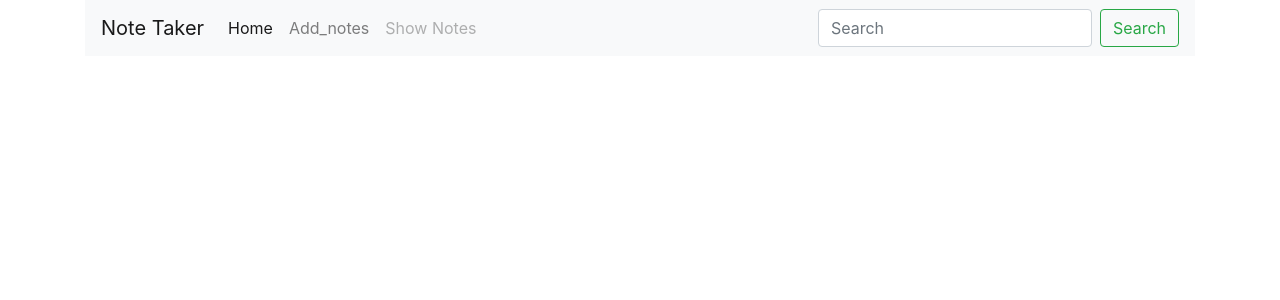
Repository: PratibhaMastud/index.jsp
Page: http://localhost/JavaWebApp/
The author's editor kept a copy of each file at every save. The page is drawn from the files as they stood at one save, then again after the next save.
The browser window is 1280 px wide. The pictures show the whole page.
Some web libraries are served in a nearby version. The page is served by Tomcat 9.

Above is the page before, as saved 2020-06-29 06:19:58.

After the next save:
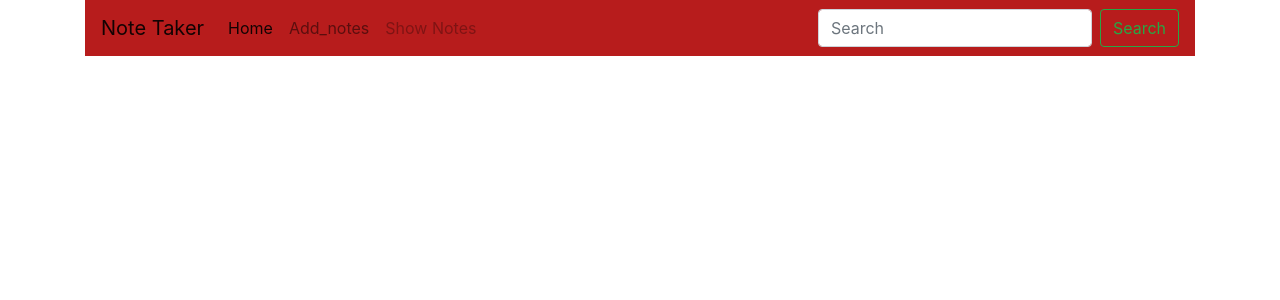
Saved 18 s later.
--- a/JavaWebApp/src/main/webapp/navbar.jsp
+++ b/JavaWebApp/src/main/webapp/navbar.jsp
@@ -1,4 +1,4 @@
-<nav class="navbar navbar-expand-lg navbar-light bg-light">
+<nav class="navbar navbar-expand-lg navbar-light purple">
   <a class="navbar-brand" href="#">Note Taker</a>
   <button class="navbar-toggler" type="button" data-toggle="collapse" data-target="#navbarSupportedContent" aria-controls="navbarSupportedContent" aria-expanded="false" aria-label="Toggle navigation">
     <span class="navbar-toggler-icon"></span>

After the save that followed:
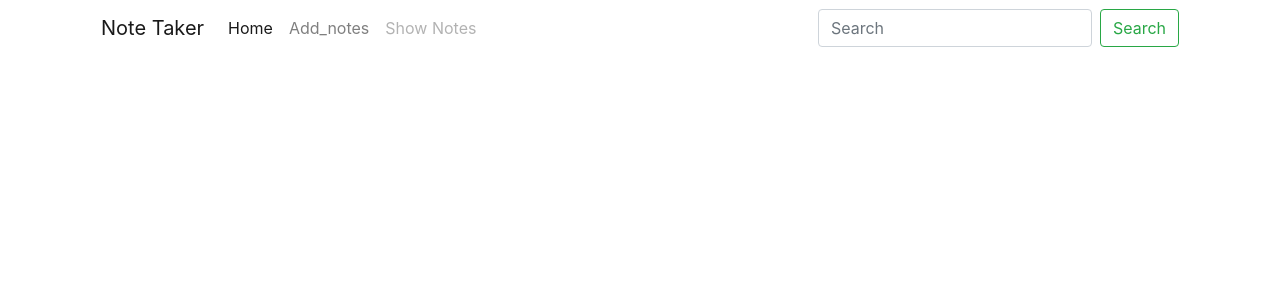
Saved 48 s later.
--- a/JavaWebApp/src/main/webapp/css/style.css
+++ b/JavaWebApp/src/main/webapp/css/style.css
@@ -1,3 +1,3 @@
 .purple{
-	background:#b71c1c;
+	background:b71c1c;
 }
